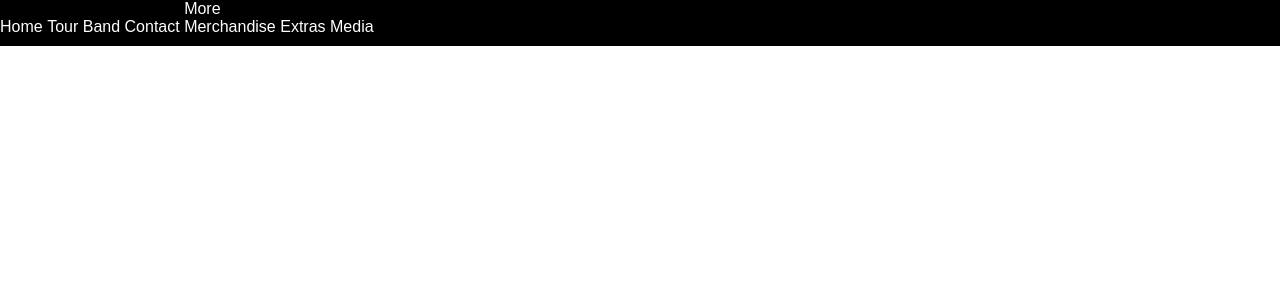
Repository: maivannhan1998/git-w3band
Page: index.html
These files come from the project's save history. The page is drawn as it stood at one moment and after the next save; the edit follows.
The browser window is 1280 px wide. The pictures show the whole page.

Above is the page before, as saved 2021-09-04 18:34:06.

After the next save:
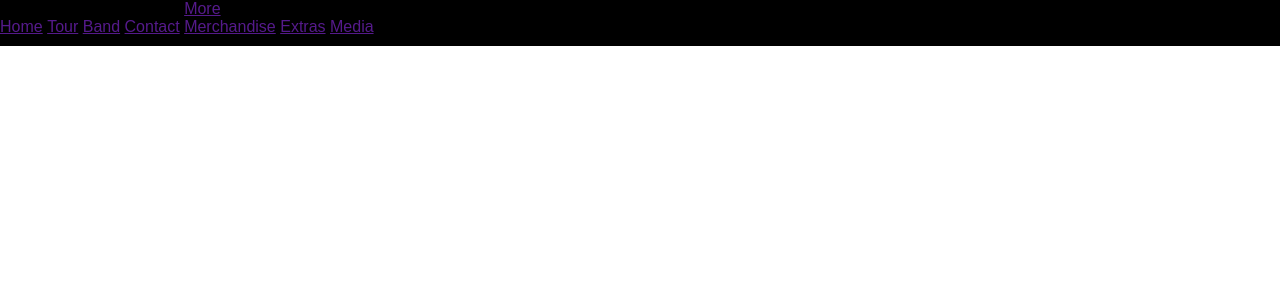
Saved 48 s later.
--- a/asset/css/style.css
+++ b/asset/css/style.css
@@ -23,8 +23,8 @@
 }
 
 #nav li a {
-    color: #fff;
-    text-decoration: none;
+    /* color: #fff;
+    text-decoration: none; */
 }
 
 #slider{
